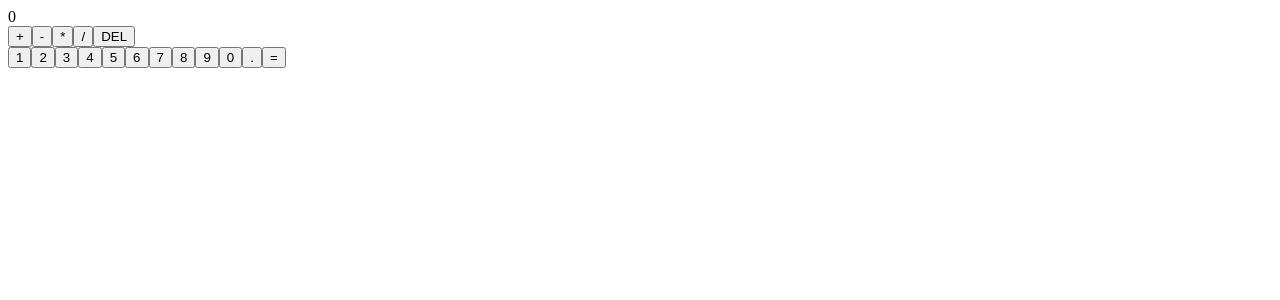
Repository: Bishek666/simple-calculator
Page: /
An editor plug-in stored every save of this project. The page is shown before and after the next save, followed by the edit.
The browser window is 1280 px wide. The pictures show the whole page.
The project was rebuilt for these pictures with package versions that can differ from the ones it lists, and the page was loaded fresh each time.

Above is the page before, as saved 2021-10-20 17:36:13.

### src/index.css
:root {
    --primary: #030546c9;
    --secondary: #797dffc9;
    --dark: #0908088a;
    --light: #fff;
}

### src/App.js
function App() {
    const addDigits = () => {
        const digits = [];

        for (let i = 1; i < 10; i++) {
            digits.push(<button key={i}>{i}</button>);
        }

        return digits;
    };
    return (
        <div className='App'>
            <div className='container-calculator'>
                <div className='display-calculation'>0</div>
                <div className='operators'>
                    <button>+</button>
                    <button>-</button>
                    <button>*</button>
                    <button>/</button>
                    <button>DEL</button>
                </div>
                <div className='digits'>
                    {addDigits()}
                    <button>0</button>
                    <button>.</button>
                    <button>=</button>
                </div>
            </div>
        </div>
    );
}

export default App;

Loaded but not shown: public/index.html (common file); src/index.js (common file)

After the next save:
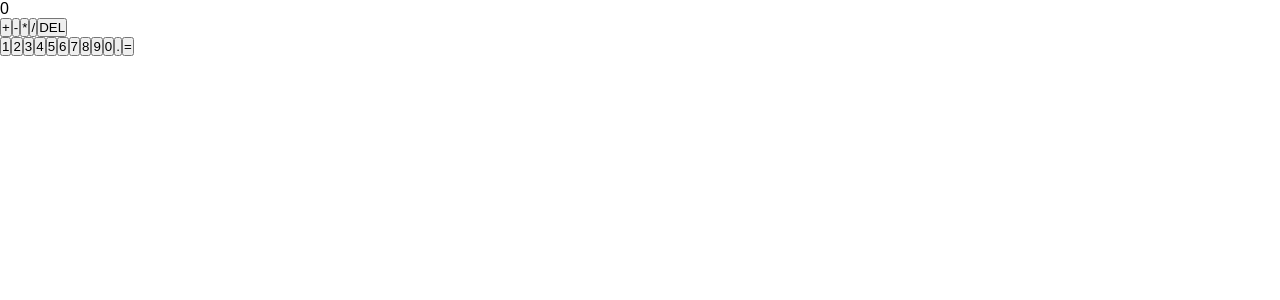
Saved 38 s later.
--- a/src/index.css
+++ b/src/index.css
@@ -4,3 +4,10 @@
     --dark: #0908088a;
     --light: #fff;
 }
+
+* {
+    margin: 0;
+    padding: 0;
+    box-sizing: border-box;
+    font-family: sans-serif;
+}
